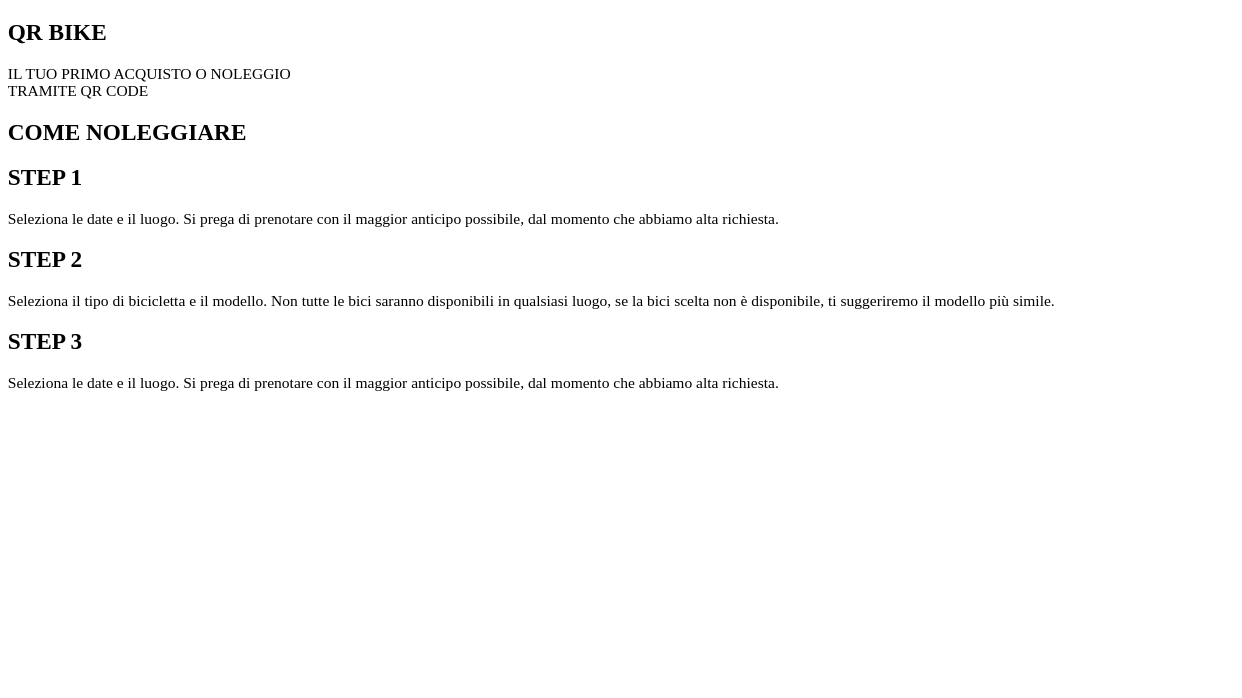
Repository: andrealepori/qrbike
Page: noleggio.html
These files come from the project's save history. The page is drawn as it stood at one moment and after the next save; the edit follows.
The browser window is 1280 px wide. The pictures show the whole page, at 97% of full size.

Above is the page before, as saved 2020-09-18 09:12:36.

### noleggio.html
<!DOCTYPE html>
<html lang="en">
<head>
    <meta charset="UTF-8">
    <meta name="viewport" content="width=device-width, initial-scale=1.0">
    <title>Home - QR BIKE</title>


	<link type="text/css" rel="stylesheet" href="css/style.css" />

	<link type="text/css" rel="stylesheet" href="css/calendario.css" />

</head>
<body>



  <section id="hero1" class="hero">





    <div class="inner">

      <h1 class="yellowtitle"> QR BIKE</h1>
      <p class="subtitle">IL TUO PRIMO ACQUISTO O NOLEGGIO <br> TRAMITE QR CODE</p>
      </div>

  </section>




<section>

      <h1 class="titolo">COME NOLEGGIARE </h1>

    </div>
    </div>
  </section>



  <div class="support-grid"></div>

  <section class="grid-1">
    <div class="item-1">
      <h1 class="step"><bold>STEP 1</bold> </h1>


      <p class="nero">
        Seleziona le date e il luogo.
        Si prega di prenotare con il maggior anticipo possibile,
         dal momento che abbiamo alta richiesta. </p>
    </div>
    <div class="item-2">

      <h1 class="step"><bold>STEP 2</bold> </h1>


      <p class="nero">
        Seleziona il tipo di bicicletta e il modello.
         Non tutte le bici saranno disponibili in qualsiasi luogo, se la bici scelta non è disponibile,
        ti suggeriremo il modello più simile.
        </p>


    </div>
    <div class="item-3">


      <h1 class="step"><bold>STEP 3
      </bold> </h1>


      <p class="nero">
        Seleziona le date e il luogo.
        Si prega di prenotare con il maggior anticipo possibile,
                dal momento che abbiamo alta richiesta.

        </p>


    </div>






















</body>

<script src="js/calendario.js"></script>


</html>

Loaded but not shown: style.css (no stored copy; drawn as an empty file); css/calendario.css (no stored copy; drawn as an empty file); js/calendario.js (no stored copy; drawn as an empty file)

After the next save:
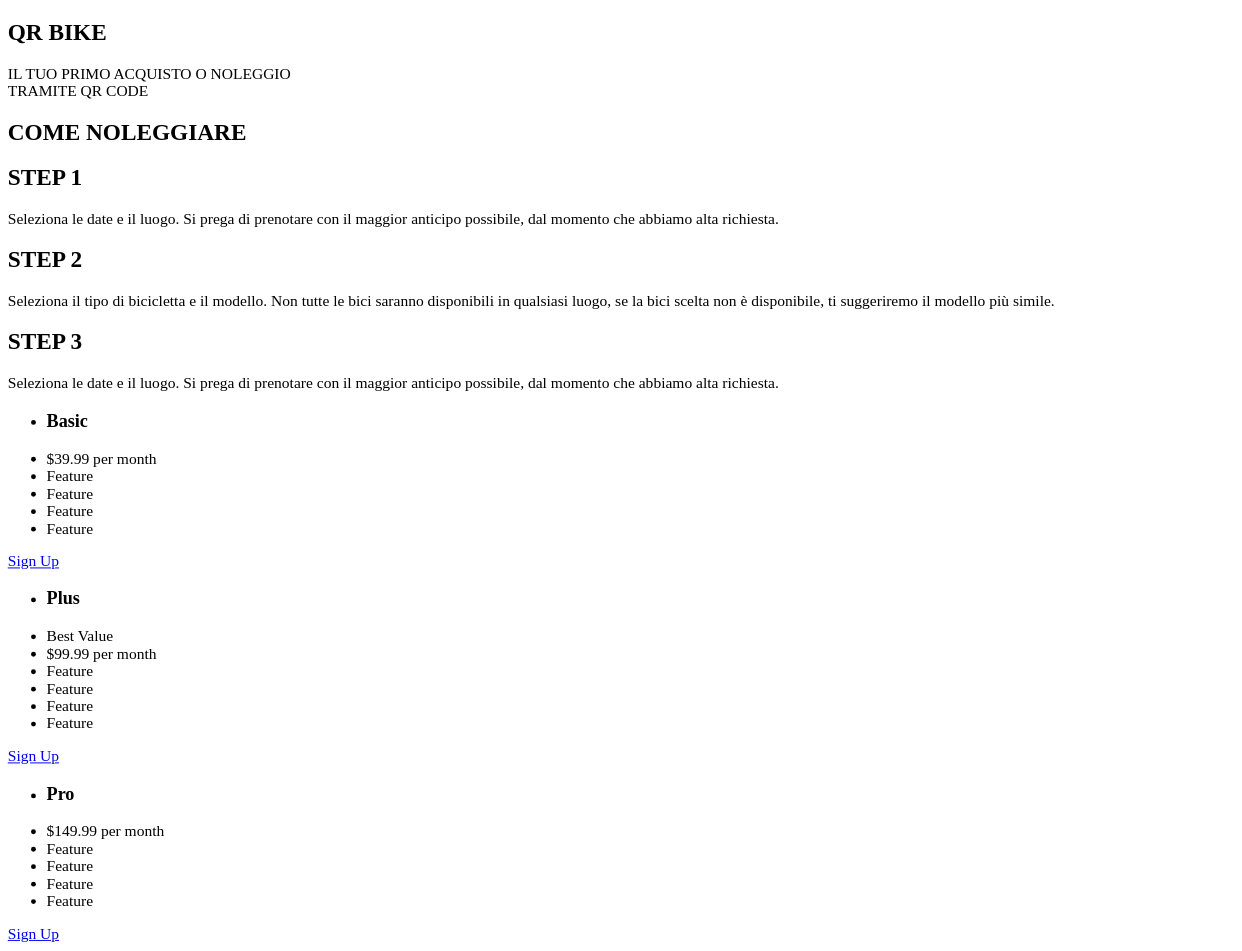
Saved 52 s later.
--- a/noleggio.html
+++ b/noleggio.html
@@ -84,7 +84,50 @@
 
     </div>
 
+    <div id="pricing">
+      <div class="tier">
+        <ul>
+          <li class="name"><h3>Basic</h3></li>
+          <li class="price">
+            $39.99
+            <span class="period">per month</span></li>
+          <li>Feature</li>
+          <li>Feature</li>
+          <li>Feature</li>
+          <li>Feature</li>
+          </ul>
+          <a href="#" class="button">Sign Up</a>
+      </div>
+      <div class="tier">
+        <ul>
 
+          <li class="name"><h3>Plus</h3></li>
+          <li class="value">Best Value</li>
+          <li class="price">
+            $99.99
+            <span class="period">per month</span></li>
+
+          <li>Feature</li>
+          <li>Feature</li>
+          <li>Feature</li>
+          <li>Feature</li>
+        </ul>
+        <a href="#" class="button highlight">Sign Up</a>
+      </div>
+      <div class="tier">
+        <ul>
+          <li class="name"><h3>Pro</h3></li>
+          <li class="price">
+            $149.99
+            <span class="period">per month</span></li>
+                <li>Feature</li>
+          <li>Feature</li>
+          <li>Feature</li>
+          <li>Feature</li>
+          </ul>
+          <a href="#" class="button">Sign Up</a>
+      </div>
+    </div>
 
 
 
